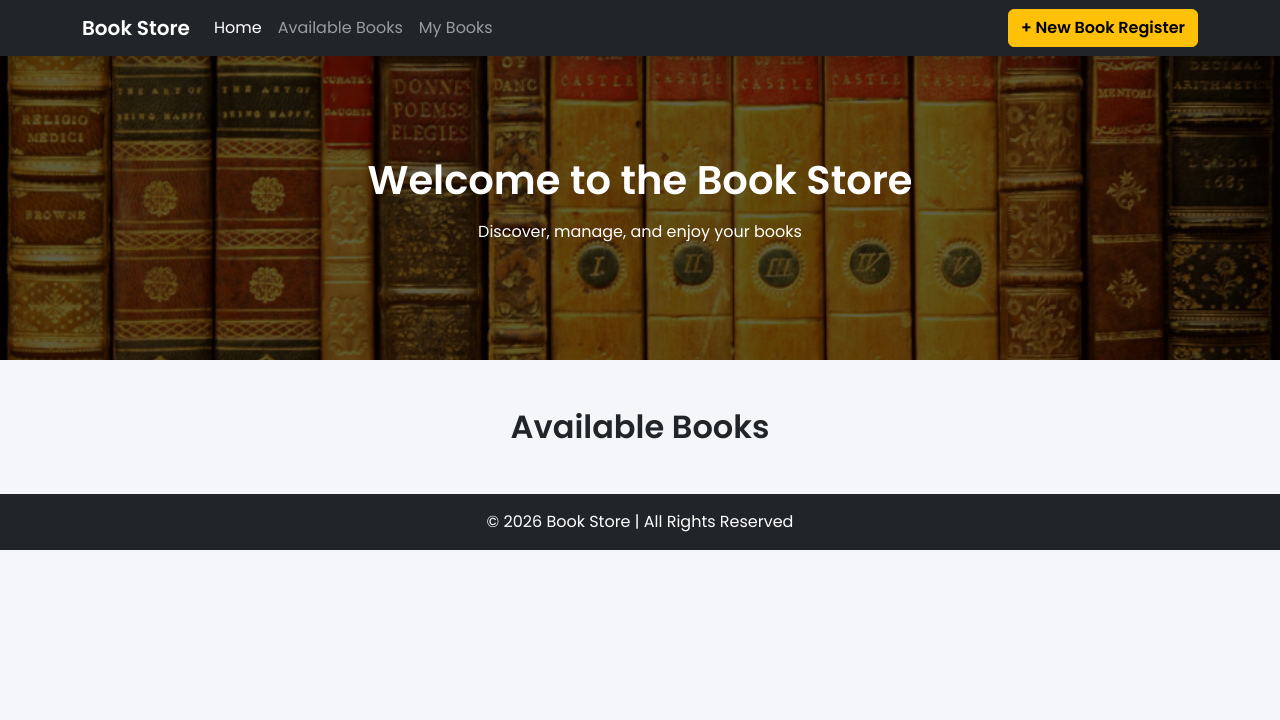
Repository: SashiniJayarathna/Book-Store
Page: http://localhost/home
These files come from the project's save history. The page is drawn as it stood at one moment and after the next save; the edit follows.
The browser window is 1280 px wide. The pictures show the whole page.
The page is this project's Thymeleaf template; nobody is signed in. The template is opened directly, without the code that normally fills it, so the values that code supplies are empty.

Above is the page before, as saved 2026-02-01 08:51:18.

After the next save:
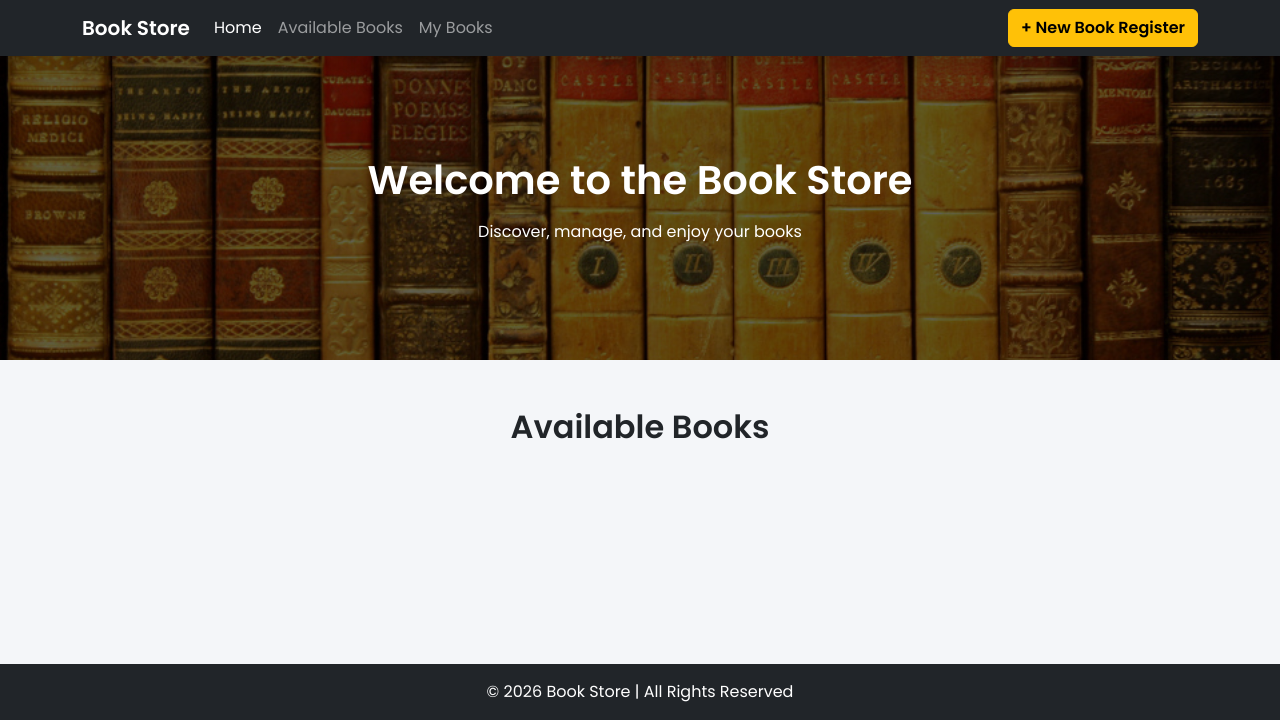
Saved 6 h 15 min later.
--- a/bookstore_spring_boot_project-main/bookstore_spring_boot_project-main/bookStore/src/main/resources/templates/home.html
+++ b/bookstore_spring_boot_project-main/bookstore_spring_boot_project-main/bookStore/src/main/resources/templates/home.html
@@ -45,7 +45,22 @@
 		    background-color: #e6ac00; /* darker yellow on hover */
 		    color: #000;
 		}
+		html, body {
+			    height: 100%;
+			    margin: 0;
+			    display: flex;
+			    flex-direction: column;
+			}
 
+			.page-container {
+			    flex: 1;              /* Take up all remaining space */
+			    display: flex;
+			    flex-direction: column;
+			}
+
+			.content-wrap {
+			    flex: 1;              /* Push footer to bottom if content is short */
+			}
 
     </style>
 </head>
@@ -89,6 +104,7 @@
         Discover, manage, and enjoy your books
     </p>
 </section>
+<div class="content-wrap">
 
 <!-- AVAILABLE BOOKS (REAL DATA ONLY) -->
 <div class="container my-5">
@@ -127,7 +143,7 @@
 
     </div>
 </div>
-
+</div>
 <!-- FOOTER -->
 <footer class="bg-dark text-white text-center py-3">
     © 2026 Book Store | All Rights Reserved
